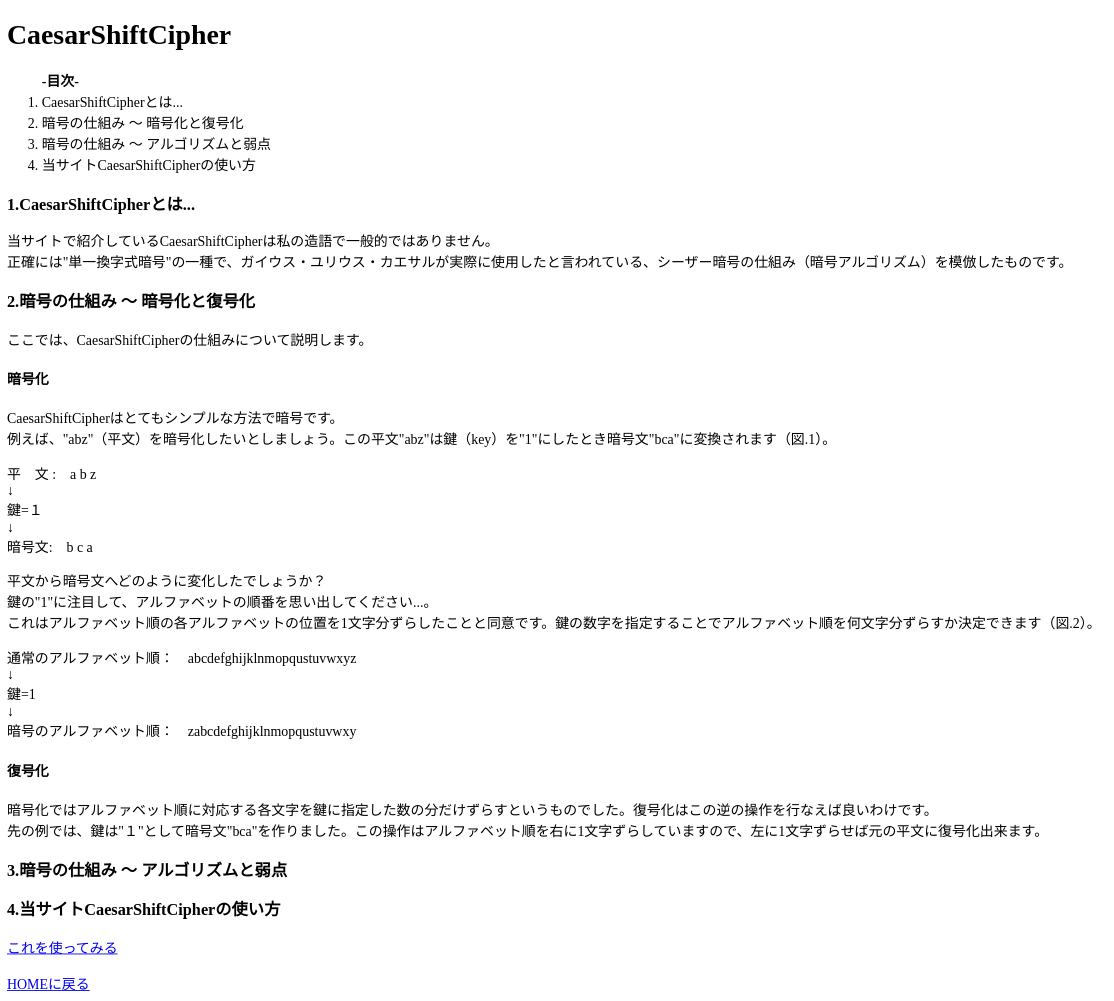
Repository: RantaWatari/TEST
Page: http://localhost/CipherProject/CipherMore?page=1
These files come from the project's save history. The page is drawn as it stood at one moment and after the next save; the edit follows.
The browser window is 1280 px wide. The pictures show the whole page, at 87% of full size.
The page is served by Tomcat 9.

Above is the page before, as saved 2017-07-25 06:00:03.

### CipherProject/WebContent/WEB-INF/jsp/CaesarShiftCipher.jsp
<%@ page language="java" contentType="text/html; charset=UTF-8"
    pageEncoding="UTF-8"%>
<!DOCTYPE html PUBLIC "-//W3C//DTD HTML 4.01 Transitional//EN" "http://www.w3.org/TR/html4/loose.dtd">
<html>
<head>
<meta http-equiv="Content-Type" content="text/html; charset=UTF-8">
<title>CaesarShiftCipher-Page</title>
</head>
<body>

<h1>CaesarShiftCipher</h1>
	<ol>
	<strong>-目次-</strong>
	<li>CaesarShiftCipherとは...</li>
	<li>暗号の仕組み ～ 暗号化と復号化</li>
	<li>暗号の仕組み ～ アルゴリズムと弱点</li>
	<li>当サイトCaesarShiftCipherの使い方</li>
	</ol>
<h3>1.CaesarShiftCipherとは...</h3>
	<p>当サイトで紹介しているCaesarShiftCipherは私の造語で一般的ではありません。<br>
		正確には"単一換字式暗号"の一種で、ガイウス・ユリウス・カエサルが実際に使用したと言われている、シーザー暗号の仕組み（暗号アルゴリズム）を模倣したものです。</p>
<h3>2.暗号の仕組み ～ 暗号化と復号化</h3>
	<p>ここでは、CaesarShiftCipherの仕組みについて説明します。</p>
	<h4>暗号化</h4>
		<p>CaesarShiftCipherはとてもシンプルな方法で暗号です。<br>
			例えば、"abz"（平文）を暗号化したいとしましょう。この平文"abz"は鍵（key）を"1"にしたとき暗号文"bca"に変換されます（図.1）。</p>
		<p>平　文 :　a b z<br>↓<br>鍵=１<br>↓<br>暗号文:　b c a</p>
		<p>平文から暗号文へどのように変化したでしょうか？<br>
			鍵の"1"に注目して、アルファベットの順番を思い出してください...。<br>
			これはアルファベット順の各アルファベットの位置を1文字分ずらしたことと同意です。鍵の数字を指定することでアルファベット順を何文字分ずらすか決定できます（図.2）。</p>
		<p>通常のアルファベット順：　abcdefghijklnmopqustuvwxyz<br>↓<br>鍵=1<br>↓<br>暗号のアルファベット順：　zabcdefghijklnmopqustuvwxy</p>
	<h4>復号化</h4>
		<p>暗号化ではアルファベット順に対応する各文字を鍵に指定した数の分だけずらすというものでした。復号化はこの逆の操作を行なえば良いわけです。<br>
			先の例では、鍵は"１"として暗号文"bca"を作りました。この操作はアルファベット順を右に1文字ずらしていますので、左に1文字ずらせば元の平文に復号化出来ます。</p>
<h3>3.暗号の仕組み ～ アルゴリズムと弱点</h3>
	<p></p>
<h3>4.当サイトCaesarShiftCipherの使い方</h3>
	<p></p>
<a href="http://localhost/CaesarShiftCipher/CaesarShiftCipher">これを使ってみる</a><br><br>
<a href="/CipherProject/">HOMEに戻る</a>

</body>
</html>

### CipherProject/src/servlet/Cipher.java
package servlet;

import java.io.IOException;

import javax.servlet.RequestDispatcher;
import javax.servlet.ServletException;
import javax.servlet.annotation.WebServlet;
import javax.servlet.http.HttpServlet;
import javax.servlet.http.HttpServletRequest;
import javax.servlet.http.HttpServletResponse;

@WebServlet("/CipherMore")
public class Cipher extends HttpServlet {
	private static final long serialVersionUID = 1L;

	protected void doGet(HttpServletRequest request, HttpServletResponse response) throws ServletException, IOException {

		String page =  request.getParameter("page");
		int pageNum = Integer.parseInt(page);

		if(pageNum == 0){

		}else if(pageNum == 1){
			RequestDispatcher dispatcher = request.getRequestDispatcher("/WEB-INF/jsp/CaesarShiftCipher.jsp");
			dispatcher.forward(request, response);
		}else if(pageNum == 2){
			RequestDispatcher dispatcher = request.getRequestDispatcher("/WEB-INF/jsp/VigenereCipher.jsp");
			dispatcher.forward(request, response);
		}else if(pageNum == 3){
			RequestDispatcher dispatcher = request.getRequestDispatcher("/WEB-INF/jsp/Enigma.jsp");
			dispatcher.forward(request, response);
		}else if(pageNum == 777){
			RequestDispatcher dispatcher = request.getRequestDispatcher("/WEB-INF/jsp/Unicode.jsp");
			dispatcher.forward(request, response);
		}

	}

}

After the next save:
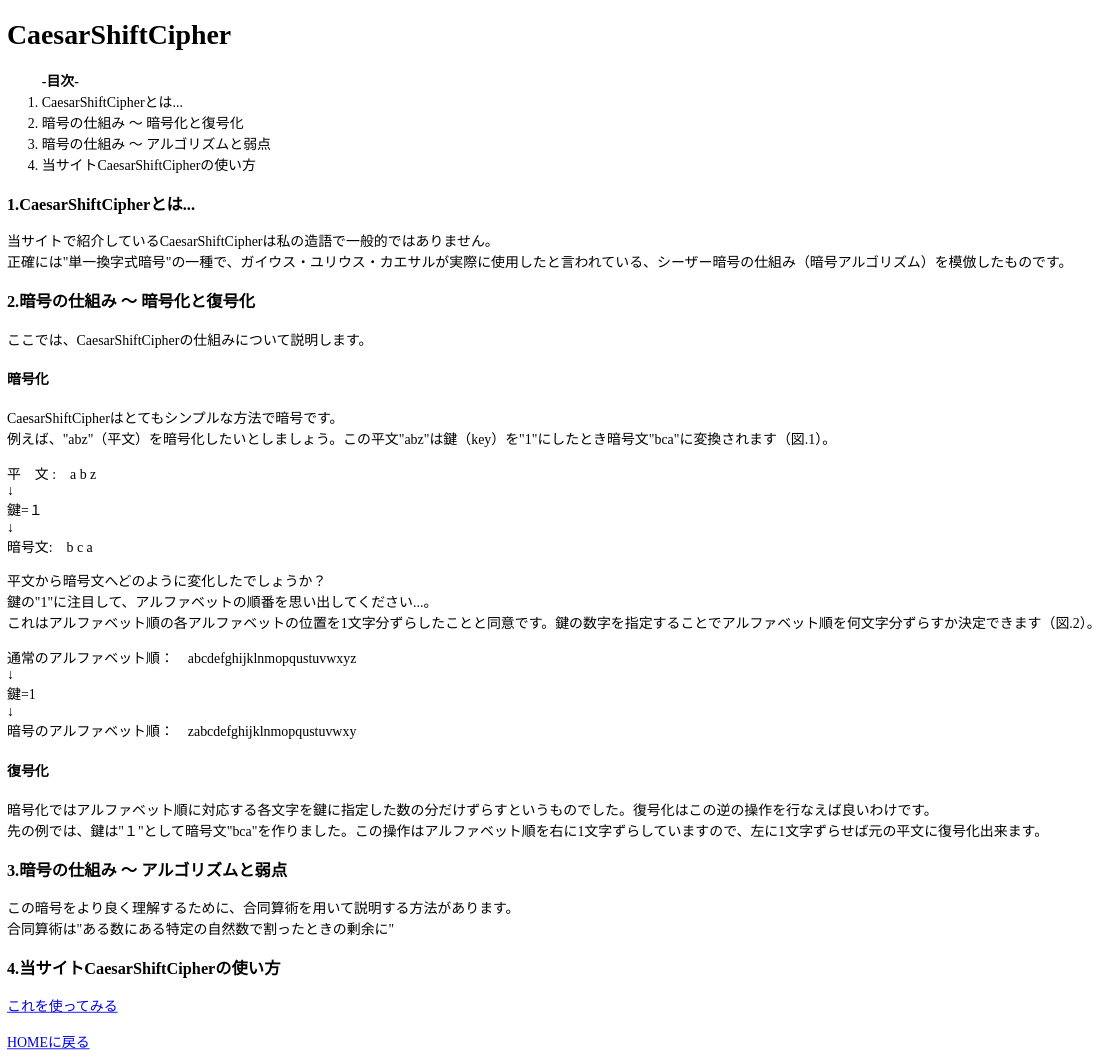
Saved 38 min 57 s later.
--- a/CipherProject/WebContent/WEB-INF/jsp/CaesarShiftCipher.jsp
+++ b/CipherProject/WebContent/WEB-INF/jsp/CaesarShiftCipher.jsp
@@ -33,7 +33,8 @@
 		<p>暗号化ではアルファベット順に対応する各文字を鍵に指定した数の分だけずらすというものでした。復号化はこの逆の操作を行なえば良いわけです。<br>
 			先の例では、鍵は"１"として暗号文"bca"を作りました。この操作はアルファベット順を右に1文字ずらしていますので、左に1文字ずらせば元の平文に復号化出来ます。</p>
 <h3>3.暗号の仕組み ～ アルゴリズムと弱点</h3>
-	<p></p>
+	<p>この暗号をより良く理解するために、合同算術を用いて説明する方法があります。<br>合同算術は"ある数にある特定の自然数で割ったときの剰余に"</p>
+
 <h3>4.当サイトCaesarShiftCipherの使い方</h3>
 	<p></p>
 <a href="http://localhost/CaesarShiftCipher/CaesarShiftCipher">これを使ってみる</a><br><br>
